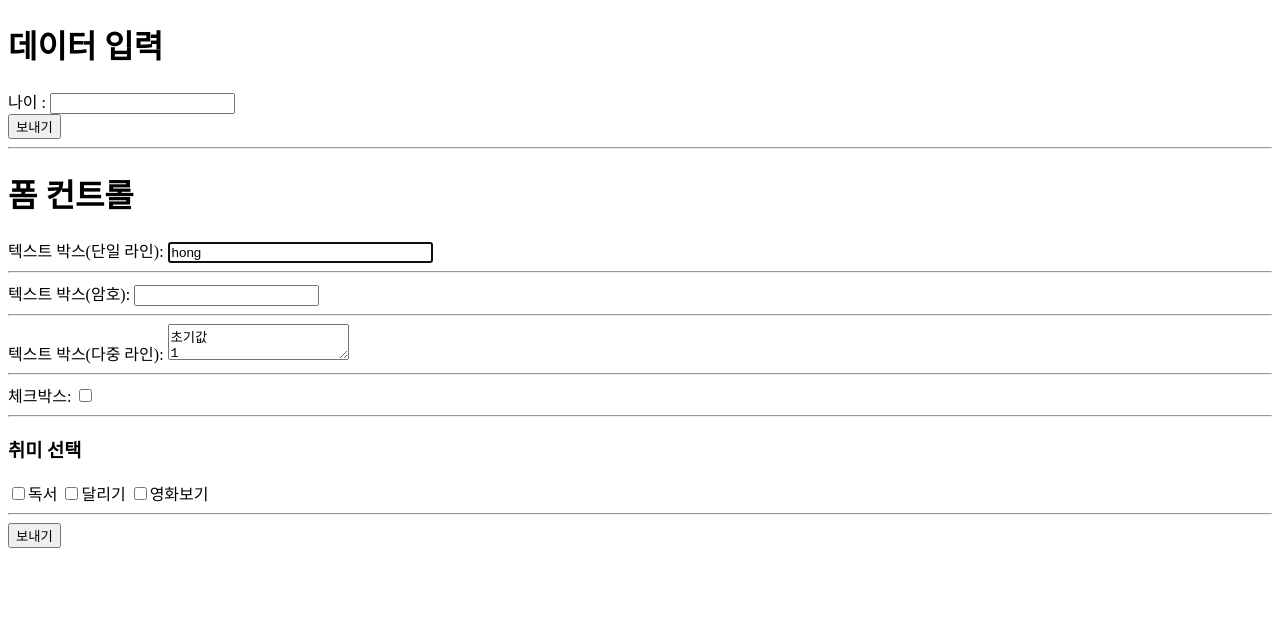
Repository: heoSuKyeong/client_Ssanyong
Page: ClientTest/src/main/webapp/html/ex18_form.html
These files come from the project's save history. The page is drawn as it stood at one moment and after a run of saves; the edit follows.
The browser window is 1280 px wide. The pictures show the whole page.

Above is the page before, as saved 2023-09-21 06:50:31.

After the next 2 saves:
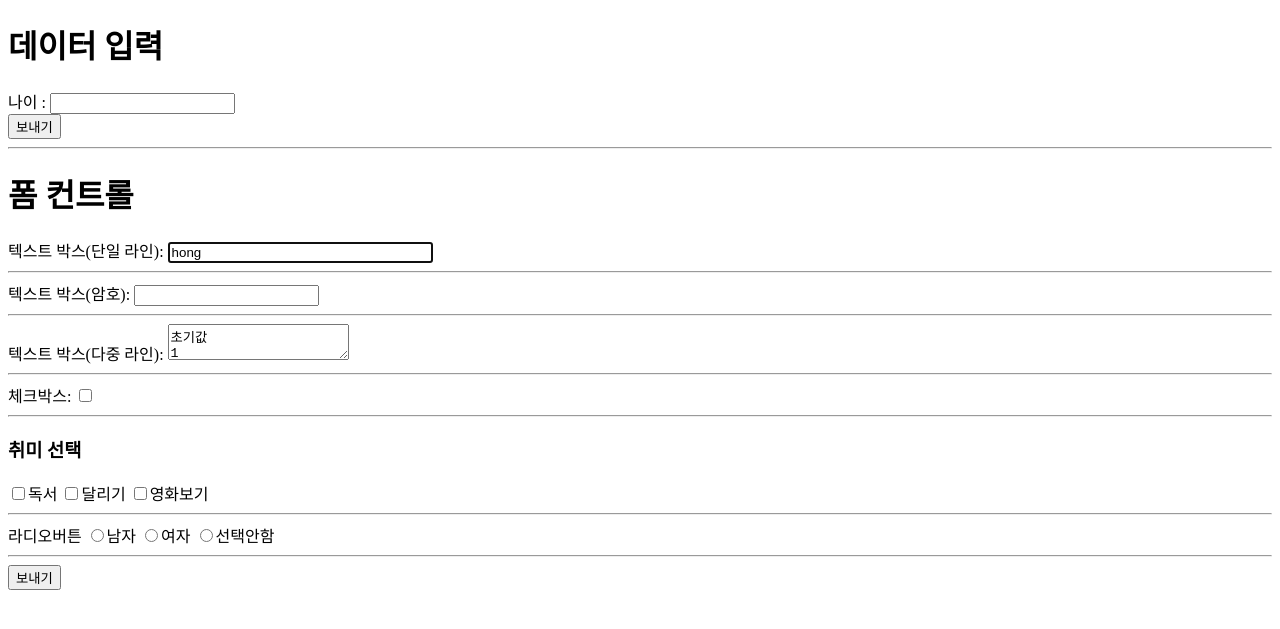
The 2 saves are shown as one change because they came seconds apart.
The last was saved 16 min 59 s later.
--- a/ClientTest/src/main/webapp/html/ex18_form.html
+++ b/ClientTest/src/main/webapp/html/ex18_form.html
@@ -66,8 +66,16 @@
 		<h3>취미 선택</h3>
 		<input type="checkbox" id="cd1"><label for="cd1">독서</label>	<!-- 방법1 -->
 		<input type="checkbox" id="cd2"><label for="cd2">달리기</label>
-		<label><input type="checkbox">영화보기</label>	<!-- 방법2(*) -->
+		<label><input type="checkbox">영화보기</label>	<!-- 방법2(*)
+		 -->
 
+
+		<hr>
+
+		라디오버튼
+		<input type="radio" name="rbGender">남자
+		<input type="radio" name="rbGender">여자
+		<input type="radio" name="rbGender">선택안함
 
 
 		<hr>
